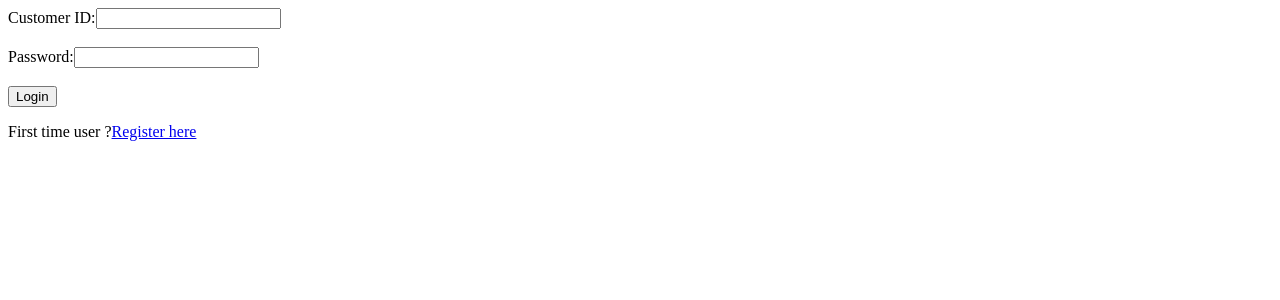
Repository: Yogashree-v-h-27/Ticket_Booking_webApp
Page: Ticket_Booking/WebContent/login.html
The author's editor kept a copy of each file at every save. The page is drawn from the files as they stood at one save, then again after the next save.
The browser window is 1280 px wide. The pictures show the whole page.

Above is the page before, as saved 2021-06-16 08:43:41.

### Ticket_Booking/WebContent/login.html
<!DOCTYPE html>
<html>
<head>
<meta charset="ISO-8859-1">
<title>Login Page</title>
</head>
<body>
<form action="LoginUser" method="post">
Customer ID:<input type="text" name="CustomerID"/><br/><br/>
Password:<input type="text" name="password"/><br/><br/>
<input type="submit" value="Login"/>
<p>First time user ?<a href="register.html">Register here</a>
</form>
</body>
</html>

After the next save:
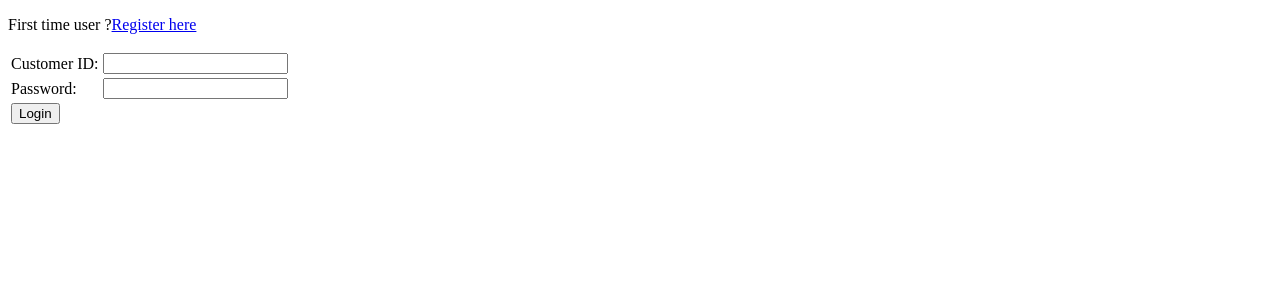
Saved 2 min 21 s later.
--- a/Ticket_Booking/WebContent/login.html
+++ b/Ticket_Booking/WebContent/login.html
@@ -6,10 +6,12 @@
 </head>
 <body>
 <form action="LoginUser" method="post">
-Customer ID:<input type="text" name="CustomerID"/><br/><br/>
-Password:<input type="text" name="password"/><br/><br/>
-<input type="submit" value="Login"/>
+<table>
+<tr><td>Customer ID:</td><td><input type="text" name="CustomerID"/></td></tr>
+<tr><td>Password:</td><td><input type="text" name="password"/></td></tr>
+<tr><td><input type="submit" value="Login"/></td></tr>
 <p>First time user ?<a href="register.html">Register here</a>
+</table>
 </form>
 </body>
 </html>
